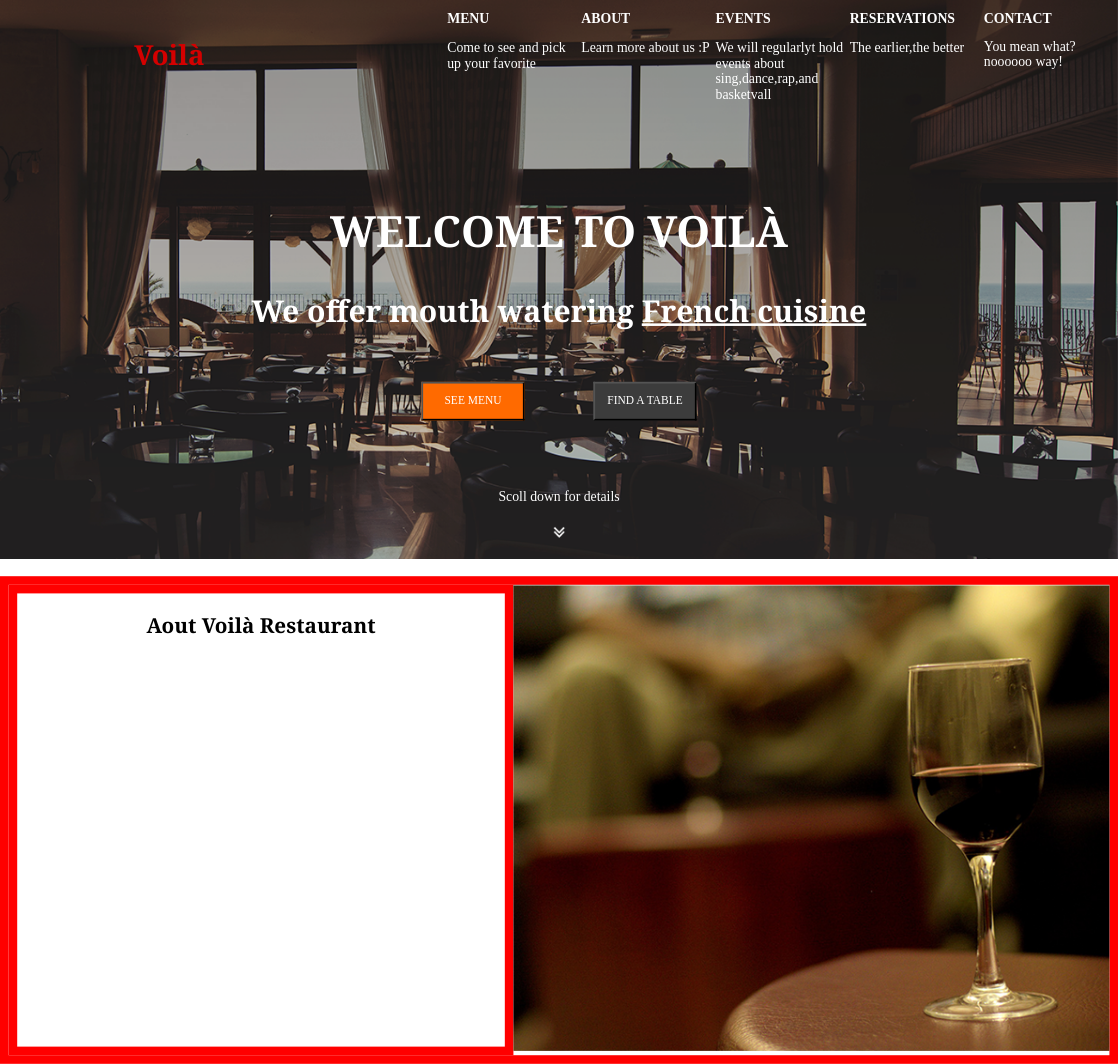
Repository: sis-shen/HTML_vsc
Page: adc_v2/index.html
An editor plug-in stored every save of this project. The page is shown before and after the next save, followed by the edit.
The browser window is 1280 px wide. The page is 1300 px wide, so the pictures cover 1300 px, including what lies to the right of the window. The pictures show the whole page, at 86% of full size.

Above is the page before, as saved 2023-08-14 09:45:44.

After the next save:
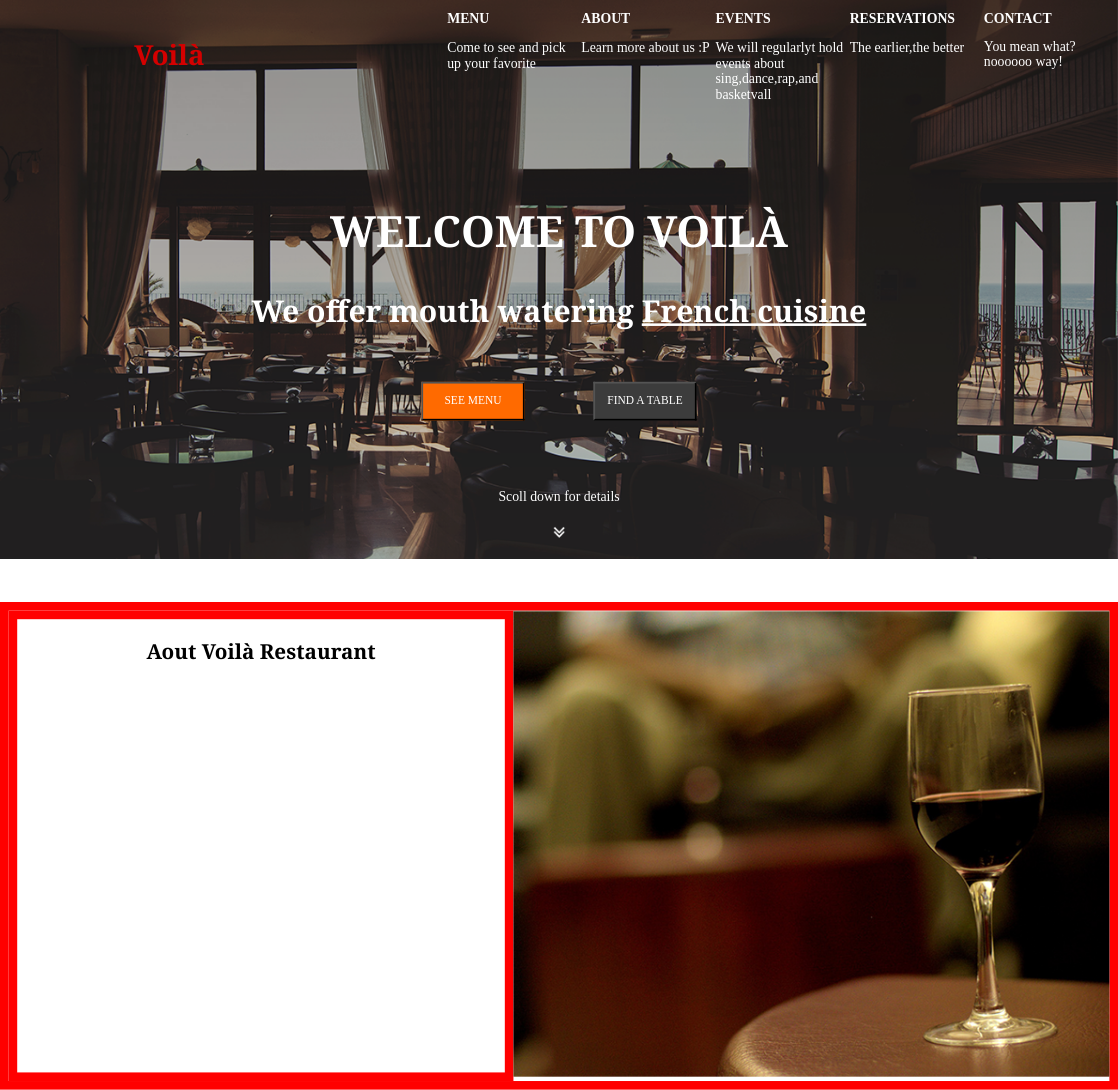
Saved 6 s later.
--- a/adc_v2/style.css
+++ b/adc_v2/style.css
@@ -120,7 +120,7 @@ body {
 .top2-box .up-box
 {
 
-    margin-top: 20px;
+    margin-top: 50px;
     display: flex;
 
     border: red solid 10px;
